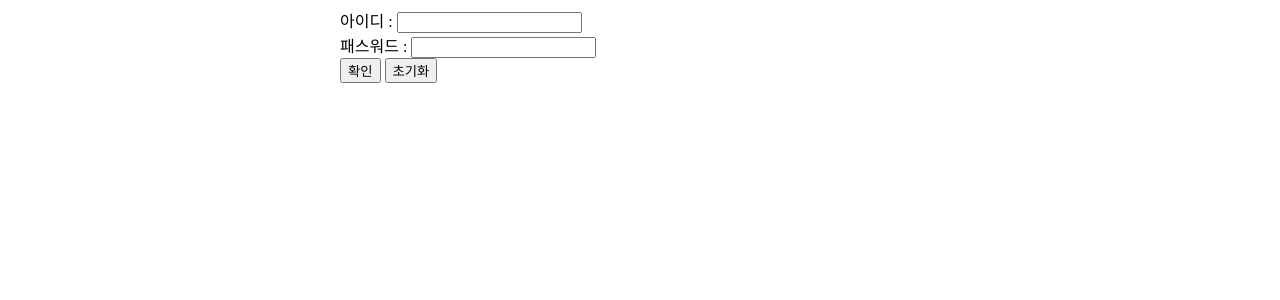
Repository: song-tata/jsp_servlet
Page: chap06/webContants/login.html
The author's editor kept a copy of each file at every save. The page is drawn from the files as they stood at one save, then again after the next save.
The browser window is 1280 px wide. The pictures show the whole page.

Above is the page before, as saved 2023-05-17 06:29:02.

After the next save:
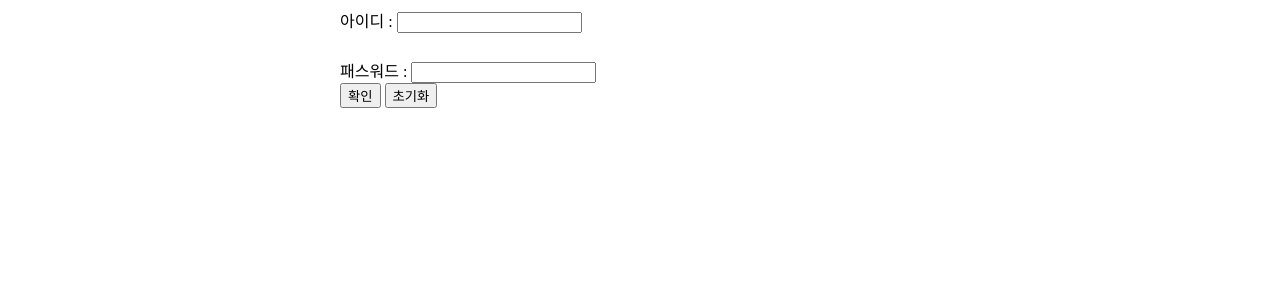
Saved 2 min 2 s later.
--- a/chap06/webContants/login.html
+++ b/chap06/webContants/login.html
@@ -4,15 +4,21 @@
 <meta charset="EUC-KR">
 <title>login page</title>
 <style type="text/css">
-.wrap{
+.wrap {
 	width: 600px;
 	height: 200px;
+	margin: auto;
+}
+
+.idwrap {
+	width: 100%;
+	height: 50px;
 	margin: auto;
 }
 </style>
 </head>
 <body>
-	<form action="post" class = "wrap">
+	<form action="post" class="wrap">
 		<div class="idwrap">
 			<label>아이디 : </label> <input type="text" id="id">
 		</div>
